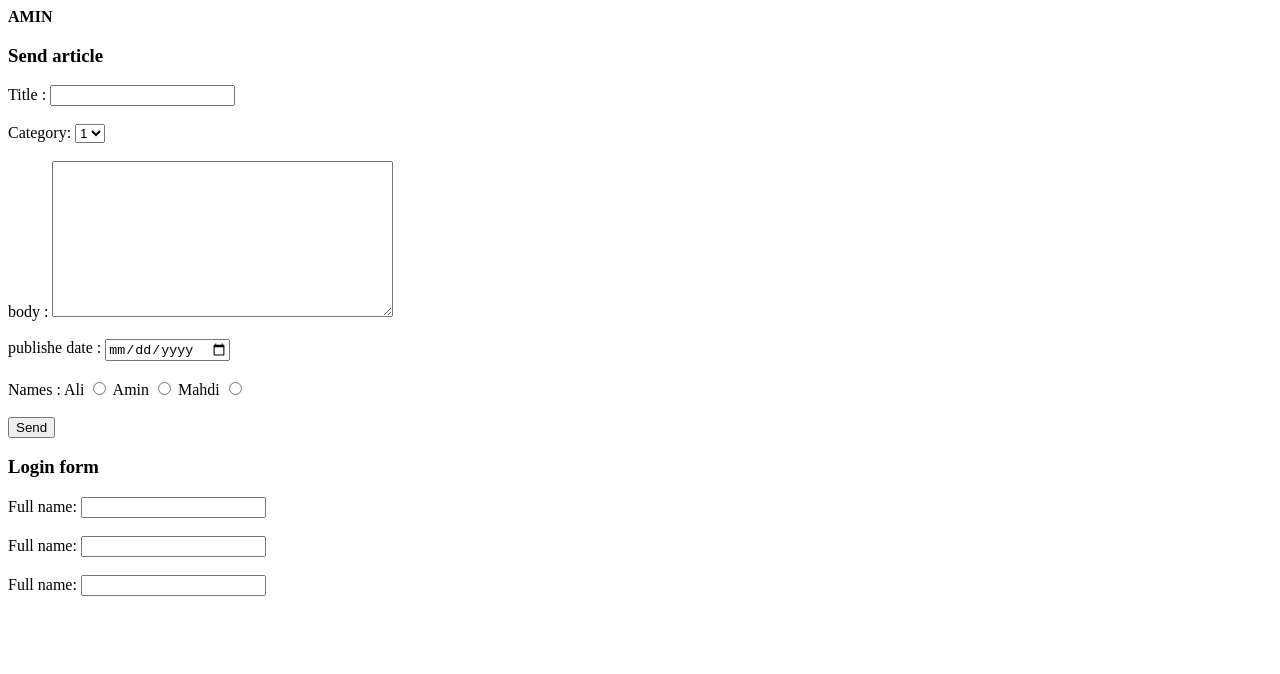
Repository: aminsheikhan/amins-github
Page: index.html
An editor plug-in stored every save of this project. The page is shown before and after the next save, followed by the edit.
The browser window is 1280 px wide. The pictures show the whole page.

Above is the page before, as saved 2025-12-10 13:33:32.

After the next save:
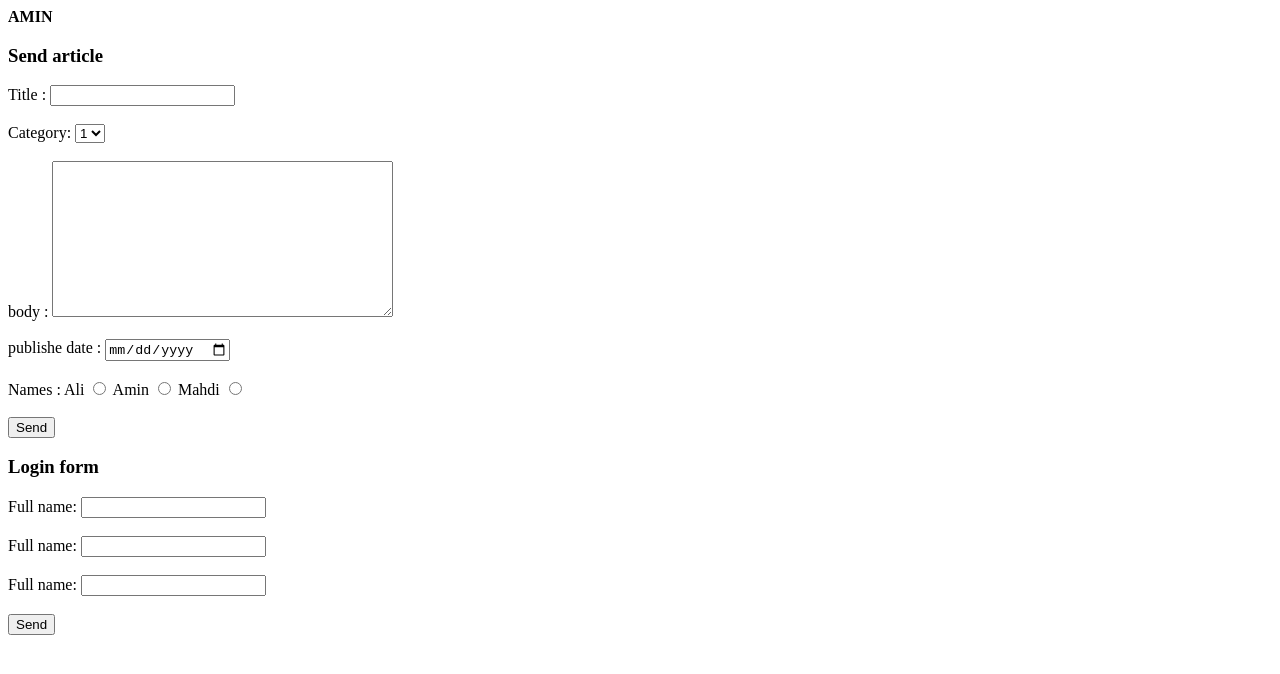
Saved 11 s later.
--- a/index.html
+++ b/index.html
@@ -116,6 +116,8 @@
         <input type="text" name="Full name">
         <br><br>
 
+        <button type="submit">Send</button>
+
         </form>
 
     </body>
